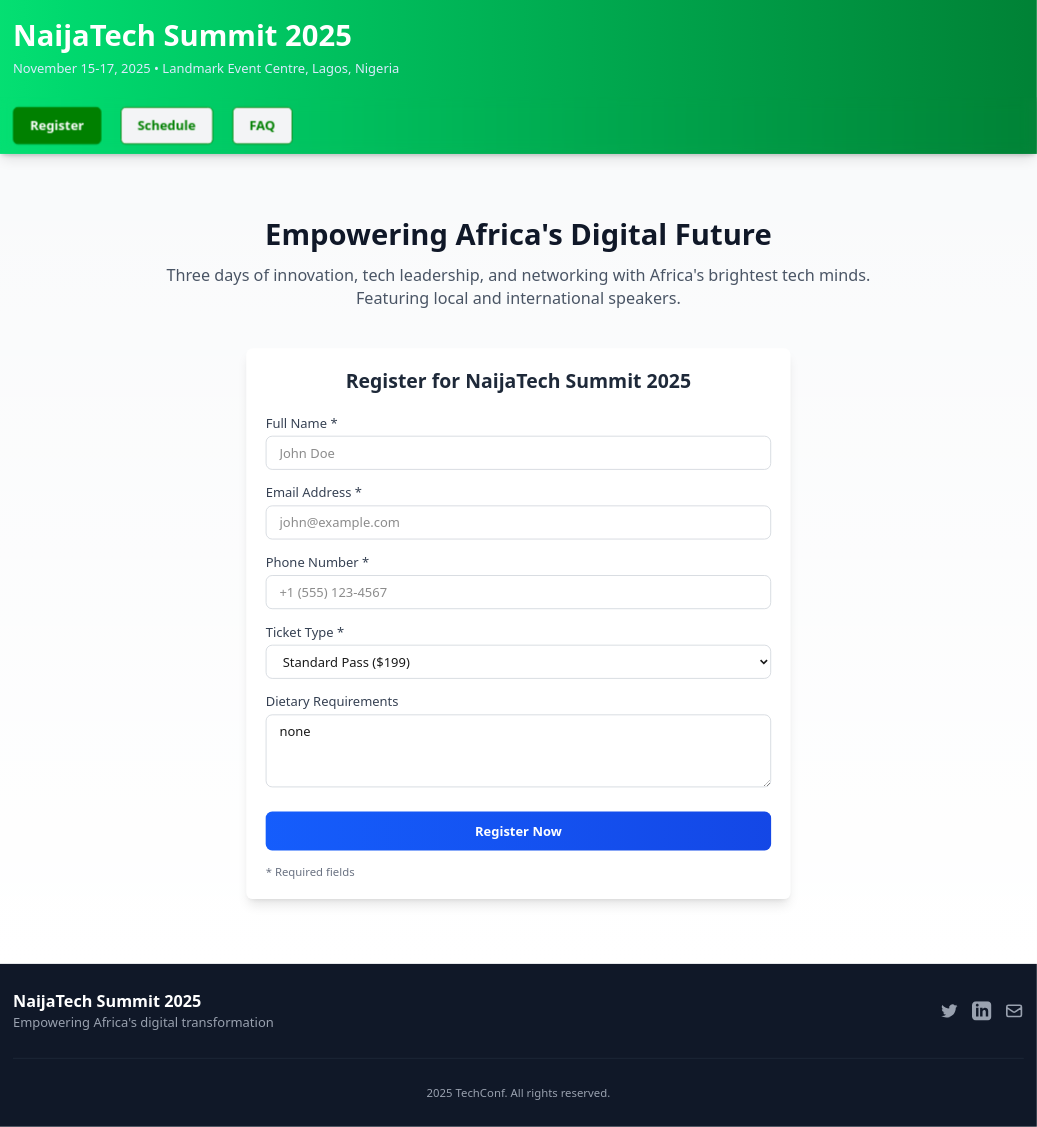
Repository: AYANO-EMMANUEL/fictional-tech-conf-event
Page: /
The author's editor kept a copy of each file at every save. The page is drawn from the files as they stood at one save, then again after the next save.
The browser window is 1280 px wide. The pictures show the whole page, at 81% of full size.
The project was rebuilt for these pictures with package versions that can differ from the ones it lists, and the page was loaded fresh each time. Also part of the build but not shown: vite.config.ts, src/components/Schedule/Schedule.tsx, src/components/FAQ/FAQ.tsx.

Above is the page before, as saved 2025-08-02 11:06:47.

### index.html
<!doctype html>
<html lang="en">
  <head>
    <meta charset="UTF-8" />
    <link rel="icon" type="image/svg+xml" href="/vite.svg" />
    <link rel="stylesheet" href="/src/index.css">
    <meta name="viewport" content="width=device-width, initial-scale=1.0" />
    <title>Vite + React + TS</title>
  </head>
  <body>
    <div id="root"></div>
    <script type="module" src="/src/main.tsx"></script>
  </body>
</html>

### src/index.css
/* @import "tailwindcss/components.css";
@import "tailwindcss/preflight.css";
@import "tailwindcss/utilities.css"; */
/* @tailwind base;
@tailwind components;
@tailwind utilities; */

@import "tailwindcss";

/* Custom styles */
.btn {
  display: inline-flex;
  align-items: center;
  justify-content: center;
  font-weight: 600;
  padding: 0.625rem 1.25rem;
  border-radius: 0.375rem;
  transition: all 0.2s ease-in-out;
  cursor: pointer;
  border: 1px solid transparent;
  box-shadow: 0 1px 2px 0 rgba(0, 0, 0, 0.05);
}

.btn:focus {
  outline: 2px solid transparent;
  outline-offset: 2px;
  box-shadow: 0 0 0 3px rgba(59, 130, 246, 0.5);
}

/* Primary Button */
.btn-primary {
  /* @apply bg-nigeria-green text-white hover:bg-green-700 focus:bg-green-700 active:bg-green-800; */
  background-color: green;
  color: white;
  border-color: green;
}

.btn-primary:focus {
  outline: 2px solid transparent;
  outline-offset: 2px;
  box-shadow: 0 0 0 3px rgba(59, 130, 246, 0.5);
}

.btn-primary:hover {
  transform: translateY(-1px);
  box-shadow: 0 4px 6px -1px rgba(0, 0, 0, 0.1), 0 2px 4px -1px rgba(0, 0, 0, 0.06);
}

.btn-primary:active {
  transform: translateY(0);
}

/* Secondary button */
.btn-secondary {
  /* @apply bg-white text-nigeria-green border-2 border-nigeria-green hover:bg-green-50 focus:bg-green-50 active:bg-green-100; */
  background-color: #f3f4f6;
  color: green;
  border: 1px solid green;
}

.btn-secondary:hover {
  background-color: #e5e7eb;
  transform: translateY(-1px);
  box-shadow: 0 4px 6px -1px rgba(0, 0, 0, 0.1), 0 2px 4px -1px rgba(0, 0, 0, 0.06);
}

.btn-secondary:active {
  transform: translateY(0);
}

.card {
  background-color: white;
  border-radius: 0.5rem;
  box-shadow: 0 4px 6px -1px rgb(0 0 0 / 0.1), 0 2px 4px -2px rgb(0 0 0 / 0.1);
  overflow: hidden;
  transition-property: all;
  transition-timing-function: cubic-bezier(0.4, 0, 0.2, 1);
  transition-duration: 200ms;
}

.card:hover {
  box-shadow: 0 10px 15px -3px rgb(0 0 0 / 0.1), 0 4px 6px -4px rgb(0 0 0 / 0.1);
}

.form-input {
  width: 100%;
  padding: 0.5rem 1rem;
  border-width: 1px;
  border-color: #d1d5db;
  border-radius: 0.5rem;
  transition-property: color, background-color, border-color, text-decoration-color, fill, stroke, opacity, box-shadow, transform, filter, backdrop-filter;
  transition-timing-function: cubic-bezier(0.4, 0, 0.2, 1);
  transition-duration: 200ms;
}

.form-input:focus {
  outline: 2px solid transparent;
  outline-offset: 2px;
  --tw-ring-offset-shadow: var(--tw-ring-inset) 0 0 0 var(--tw-ring-offset-width) var(--tw-ring-offset-color);
  --tw-ring-shadow: var(--tw-ring-inset) 0 0 0 calc(2px + var(--tw-ring-offset-width)) var(--tw-ring-color);
  box-shadow: var(--tw-ring-offset-shadow), var(--tw-ring-shadow), var(--tw-shadow, 0 0 #0000);
  --tw-ring-color: rgb(59 130 246 / 0.5);
  --tw-ring-offset-width: 0px;
  border-color: transparent;
}

.form-label {
  display: block;
  color: #374151;
  font-weight: 500;
  margin-bottom: 0.25rem;
}

/* Base styles */
:root {
  font-family: system-ui, -apple-system, BlinkMacSystemFont, 'Segoe UI', Roboto, 'Helvetica Neue', Arial, sans-serif;
  line-height: 1.5;
  font-weight: 400;
  color: #1a1a1a;
  background-color: #f9fafb;
  font-synthesis: none;
  text-rendering: optimizeLegibility;
  -webkit-font-smoothing: antialiased;
  -moz-osx-font-smoothing: grayscale;
}

/* Animations */
@keyframes fadeIn {
  from { opacity: 0; transform: translateY(10px); }
  to { opacity: 1; transform: translateY(0); }
}

.animate-fade-in {
  animation: fadeIn 0.3s ease-out forwards;
}

### src/main.tsx
import React from 'react';
import { createRoot } from 'react-dom/client';
import App from './App';
import './index.css';

const container = document.getElementById('root');
if (!container) throw new Error('Failed to find the root element');
const root = createRoot(container);

root.render(
  <React.StrictMode>
    <App />
  </React.StrictMode>
);

### src/App.tsx
import { useState } from 'react';
import { RegistrationForm } from './components/Form/RegistrationForm';
import Schedule from './components/Schedule/Schedule';
import FAQ from './components/FAQ/FAQ';

function App() {
  const [activeSection, setActiveSection] = useState<'register' | 'schedule' | 'faq'>('register');

  return (
    <div className="min-h-screen bg-gray-50">
      {/* Header */}
      <header className="bg-gradient-to-r from-green-400 to-green-700 text-white shadow-lg">
        <div className="container mx-auto px-4 py-6">
          <h1 className="text-3xl md:text-4xl font-bold mb-2">NaijaTech Summit 2025</h1>
          <p className="text-blue-100">November 15-17, 2025 • Landmark Event Centre, Lagos, Nigeria</p>
        </div>

        {/* Navigation */}
        <nav className="bg-nigeria-green/90 backdrop-blur-sm shadow-md">
          <div className="container mx-auto px-4">
            <div className="flex flex-col sm:flex-row space-y-2 sm:space-y-0 sm:space-x-6 py-3">
              <button
                onClick={() => setActiveSection('register')}
                className={`btn ${activeSection === 'register'
                  ? 'btn-primary'
                  : 'btn-secondary'}`}
              >
                Register
              </button>
              <button
                onClick={() => setActiveSection('schedule')}
                className={`btn ${activeSection === 'schedule'
                  ? 'btn-primary'
                  : 'btn-secondary'}`}
              >
                Schedule
              </button>
              <button
                onClick={() => setActiveSection('faq')}
                className={`btn ${activeSection === 'faq'
                  ? 'btn-primary'
                  : 'btn-secondary'}`}
              >
                FAQ
              </button>
            </div>
          </div>
        </nav>
      </header>

      {/* Hero Section */}
      {activeSection === 'register' && (
        <section className="py-12 md:py-20 bg-gradient-to-b from-nigeria-greenLight to-white">
          <div className="container mx-auto px-4">
            <div className="max-w-4xl mx-auto text-center mb-12">
              <h2 className="text-3xl md:text-4xl font-bold text-gray-900 mb-4">
                Empowering Africa's Digital Future
              </h2>
              <p className="text-xl text-gray-600">
                Three days of innovation, tech leadership, and networking with Africa's brightest tech minds. Featuring local and international speakers.
              </p>
            </div>
            <RegistrationForm onSuccess={() => setActiveSection('schedule')} />
          </div>
        </section>
      )}

      {/* Schedule Section */}
      {activeSection === 'schedule' && (
        <section className="py-12 md:py-16 bg-white">
          <main className="container mx-auto px-4 py-8">
            <Schedule />
          </main>
        </section>
      )}

      {/* FAQ Section */}
      {activeSection === 'faq' && (
        <section className="py-12 md:py-16 bg-gray-50">
          <div className="container mx-auto px-4">
            <FAQ />
          </div>
        </section>
      )}

      {/* Footer */}
      <footer className="bg-gray-900 text-white py-8">
        <div className="container mx-auto px-4">
          <div className="flex flex-col md:flex-row justify-between items-center">
            <div className="mb-4 md:mb-0">
              <h3 className="text-xl font-bold">NaijaTech Summit 2025</h3>
              <p className="text-gray-400">Empowering Africa's digital transformation</p>
            </div>
            <div className="flex space-x-4">
              <a href="#" className="text-gray-400 hover:text-white transition-colors">
                <span className="sr-only">Twitter</span>
                <svg className="h-6 w-6" fill="currentColor" viewBox="0 0 24 24" aria-hidden="true">
                  <path d="M8.29 20.251c7.547 0 11.675-6.253 11.675-11.675 0-.178 0-.355-.012-.53A8.348 8.348 0 0022 5.92a8.19 8.19 0 01-2.357.646 4.118 4.118 0 001.804-2.27 8.224 8.224 0 01-2.605.996 4.107 4.107 0 00-6.993 3.743 11.65 11.65 0 01-8.457-4.287 4.106 4.106 0 001.27 5.477A4.072 4.072 0 012.8 9.713v.052a4.105 4.105 0 003.292 4.022 4.095 4.095 0 01-1.853.07 4.108 4.108 0 003.834 2.85A8.233 8.233 0 012 18.407a11.616 11.616 0 006.29 1.84" />
                </svg>
              </a>
              <a href="#" className="text-gray-400 hover:text-white transition-colors">
                <span className="sr-only">LinkedIn</span>
                <svg className="h-6 w-6" fill="currentColor" viewBox="0 0 24 24" aria-hidden="true">
                  <path fillRule="evenodd" d="M19 0h-14c-2.761 0-5 2.239-5 5v14c0 2.761 2.239 5 5 5h14c2.762 0 5-2.239 5-5v-14c0-2.761-2.238-5-5-5zm-11 19h-3v-11h3v11zm-1.5-12.268c-.966 0-1.75-.79-1.75-1.764s.784-1.764 1.75-1.764 1.75.79 1.75 1.764-.783 1.764-1.75 1.764zm13.5 12.268h-3v-5.604c0-3.368-4-3.113-4 0v5.604h-3v-11h3v1.765c1.396-2.586 7-2.777 7 2.476v6.759z" clipRule="evenodd" />
                </svg>
              </a>
              <a href="mailto:info@techconf.com" className="text-gray-400 hover:text-white transition-colors">
                <span className="sr-only">Email</span>
                <svg className="h-6 w-6" fill="none" stroke="currentColor" viewBox="0 0 24 24" xmlns="http://www.w3.org/2000/svg">
                  <path strokeLinecap="round" strokeLinejoin="round" strokeWidth={2} d="M3 8l7.89 5.26a2 2 0 002.22 0L21 8M5 19h14a2 2 0 002-2V7a2 2 0 00-2-2H5a2 2 0 00-2 2v10a2 2 0 002 2z" />
                </svg>
              </a>
            </div>
          </div>
          <div className="mt-8 pt-8 border-t border-gray-800 text-center text-gray-400 text-sm">
            <p> {new Date().getFullYear()} TechConf. All rights reserved.</p>
          </div>
        </div>
      </footer>
    </div>
  );
}

export default App;

### src/components/Form/RegistrationForm.tsx
import { useState, useEffect } from 'react';

interface FormData {
  fullName: string;
  email: string;
  phone: string;
  ticketType: 'standard' | 'vip' | 'student' | 'startup';
  state: string;
  organization: string;
  howHeard: string;
  dietaryRequirements: string;
}

interface RegistrationFormProps {
  onSuccess?: () => void;
}

export const RegistrationForm = ({ onSuccess }: RegistrationFormProps) => {
  const [formData, setFormData] = useState<FormData>({
    fullName: '',
    email: '',
    phone: '',
    ticketType: 'standard',
    state: '',
    organization: '',
    howHeard: '',
    dietaryRequirements: 'none',
  });

  const [errors, setErrors] = useState<Partial<FormData>>({});
  const [isSubmitted, setIsSubmitted] = useState(false);

  // Load saved form data from localStorage on component mount
  useEffect(() => {
    const savedFormData = localStorage.getItem('conferenceFormData');
    if (savedFormData) {
      setFormData(JSON.parse(savedFormData));
    }
  }, []);

  // Save form data to localStorage whenever it changes
  useEffect(() => {
    localStorage.setItem('conferenceFormData', JSON.stringify(formData));
  }, [formData]);

  const validateForm = (): boolean => {
    const newErrors: Partial<FormData> = {};
    let isValid = true;

    if (!formData.fullName.trim()) {
      newErrors.fullName = 'Full name is required';
      isValid = false;
    }

    if (!formData.email) {
      newErrors.email = 'Email is required';
      isValid = false;
    } else if (!/^[^\s@]+@[^\s@]+\.[^\s@]+$/.test(formData.email)) {
      newErrors.email = 'Please enter a valid email address';
      isValid = false;
    }

    if (!formData.phone) {
      newErrors.phone = 'Phone number is required';
      isValid = false;
    } else if (!/^\+?[0-9\s-]{10,}$/.test(formData.phone)) {
      newErrors.phone = 'Please enter a valid phone number';
      isValid = false;
    }

    setErrors(newErrors);
    return isValid;
  };

  const handleChange = (
    e: React.ChangeEvent<HTMLInputElement | HTMLSelectElement | HTMLTextAreaElement>
  ) => {
    const { name, value } = e.target;
    setFormData({
      ...formData,
      [name]: value,
    });
  };

  const handleSubmit = (e: React.FormEvent) => {
    e.preventDefault();
    if (validateForm()) {
      // In a real app, you would send the data to your backend here
      console.log('Form submitted:', formData);
      setIsSubmitted(true);
      // Reset form
      setFormData({
        fullName: '',
        email: '',
        phone: '',
        ticketType: 'standard',
        state: '',
        organization: '',
        howHeard: '',
        dietaryRequirements: 'none',
      });
      // Clear any saved form data from localStorage
      localStorage.removeItem('conferenceFormData');

      // Call the onSuccess callback if provided
      if (onSuccess) {
        onSuccess();
      }
    }
  };

  const nigerianStates = [
    'Abia', 'Adamawa', 'Akwa Ibom', 'Anambra', 'Bauchi', 'Bayelsa', 'Benue', 'Borno',
    'Cross River', 'Delta', 'Ebonyi', 'Edo', 'Ekiti', 'Enugu', 'FCT', 'Gombe',
    'Imo', 'Jigawa', 'Kaduna', 'Kano', 'Katsina', 'Kebbi', 'Kogi', 'Kwara',
    'Lagos', 'Nasarawa', 'Niger', 'Ogun', 'Ondo', 'Osun', 'Oyo', 'Plateau',
    'Rivers', 'Sokoto', 'Taraba', 'Yobe', 'Zamfara'
  ];

  if (isSubmitted) {
    return (
      <div className="text-center py-8">
        <div className="text-green-500 text-5xl mb-4">✓</div>
        <h3 className="text-xl font-semibold text-gray-800 mb-2">E Don Cast!</h3>
        <p className="text-gray-600">Your registration is complete! We've sent a confirmation to {formData.email}.</p>
        <p className="text-gray-600 mt-2">No go miss am, we dey wait you for Landmark Event Centre!</p>
      </div>
    );
  }

  return (
    <div className="bg-white shadow-lg rounded-lg p-6 max-w-2xl mx-auto transform transition-all duration-300 hover:shadow-xl">
      <h2 className="text-2xl font-bold text-gray-800 mb-6 text-center">
        Register for NaijaTech Summit 2025
      </h2>
      <form onSubmit={handleSubmit} className="space-y-4">
        <div>
          <label htmlFor="fullName" className="block text-gray-700 font-medium mb-1">
            Full Name *
          </label>
          <input
            type="text"
            id="fullName"
            name="fullName"
            value={formData.fullName}
            onChange={handleChange}
            className={`w-full px-4 py-2 border rounded-lg focus:ring-2 focus:ring-blue-500 focus:border-transparent ${
              errors.fullName ? 'border-red-500' : 'border-gray-300'
            }`}
            placeholder="John Doe"
          />
          {errors.fullName && (
            <p className="mt-1 text-sm text-red-600">{errors.fullName}</p>
          )}
        </div>

        <div>
          <label htmlFor="email" className="block text-gray-700 font-medium mb-1">
            Email Address *
          </label>
          <input
            type="email"
            id="email"
            name="email"
            value={formData.email}
            onChange={handleChange}
            className={`w-full px-4 py-2 border rounded-lg focus:ring-2 focus:ring-blue-500 focus:border-transparent ${
              errors.email ? 'border-red-500' : 'border-gray-300'
            }`}
            placeholder="john@example.com"
          />
          {errors.email && (
            <p className="mt-1 text-sm text-red-600">{errors.email}</p>
          )}
        </div>

        <div>
          <label htmlFor="phone" className="block text-gray-700 font-medium mb-1">
            Phone Number *
          </label>
          <input
            type="tel"
            id="phone"
            name="phone"
            value={formData.phone}
            onChange={handleChange}
            className={`w-full px-4 py-2 border rounded-lg focus:ring-2 focus:ring-blue-500 focus:border-transparent ${
              errors.phone ? 'border-red-500' : 'border-gray-300'
            }`}
            placeholder="+1 (555) 123-4567"
          />
          {errors.phone && (
            <p className="mt-1 text-sm text-red-600">{errors.phone}</p>
          )}
        </div>

        <div>
          <label htmlFor="ticketType" className="block text-gray-700 font-medium mb-1">
            Ticket Type *
          </label>
          <select
            id="ticketType"
            name="ticketType"
            value={formData.ticketType}
            onChange={handleChange}
            className="w-full px-4 py-2 border border-gray-300 rounded-lg focus:ring-2 focus:ring-blue-500 focus:border-transparent"
          >
            <option value="standard">Standard Pass ($199)</option>
            <option value="vip">VIP Pass ($399)</option>
            <option value="student">Student Pass ($99)</option>
          </select>
        </div>

        <div>
          <label htmlFor="dietaryRequirements" className="block text-gray-700 font-medium mb-1">
            Dietary Requirements
          </label>
          <textarea
            id="dietaryRequirements"
            name="dietaryRequirements"
            value={formData.dietaryRequirements}
            onChange={handleChange}
            rows={3}
            className="w-full px-4 py-2 border border-gray-300 rounded-lg focus:ring-2 focus:ring-blue-500 focus:border-transparent"
            placeholder="Any dietary restrictions or allergies?"
          />
        </div>

        <div className="pt-2">
          <button
            type="submit"
            className="w-full bg-gradient-to-r from-blue-600 to-blue-700 hover:from-blue-700 hover:to-blue-800 text-white font-bold py-3 px-4 rounded-lg transition-all duration-300 transform hover:scale-[1.02] hover:shadow-lg active:scale-95"
          >
            Register Now
          </button>
        </div>

        <p className="text-sm text-gray-500 mt-4">
          * Required fields
        </p>
      </form>
    </div>
  );
};

export default RegistrationForm;

After the next save:
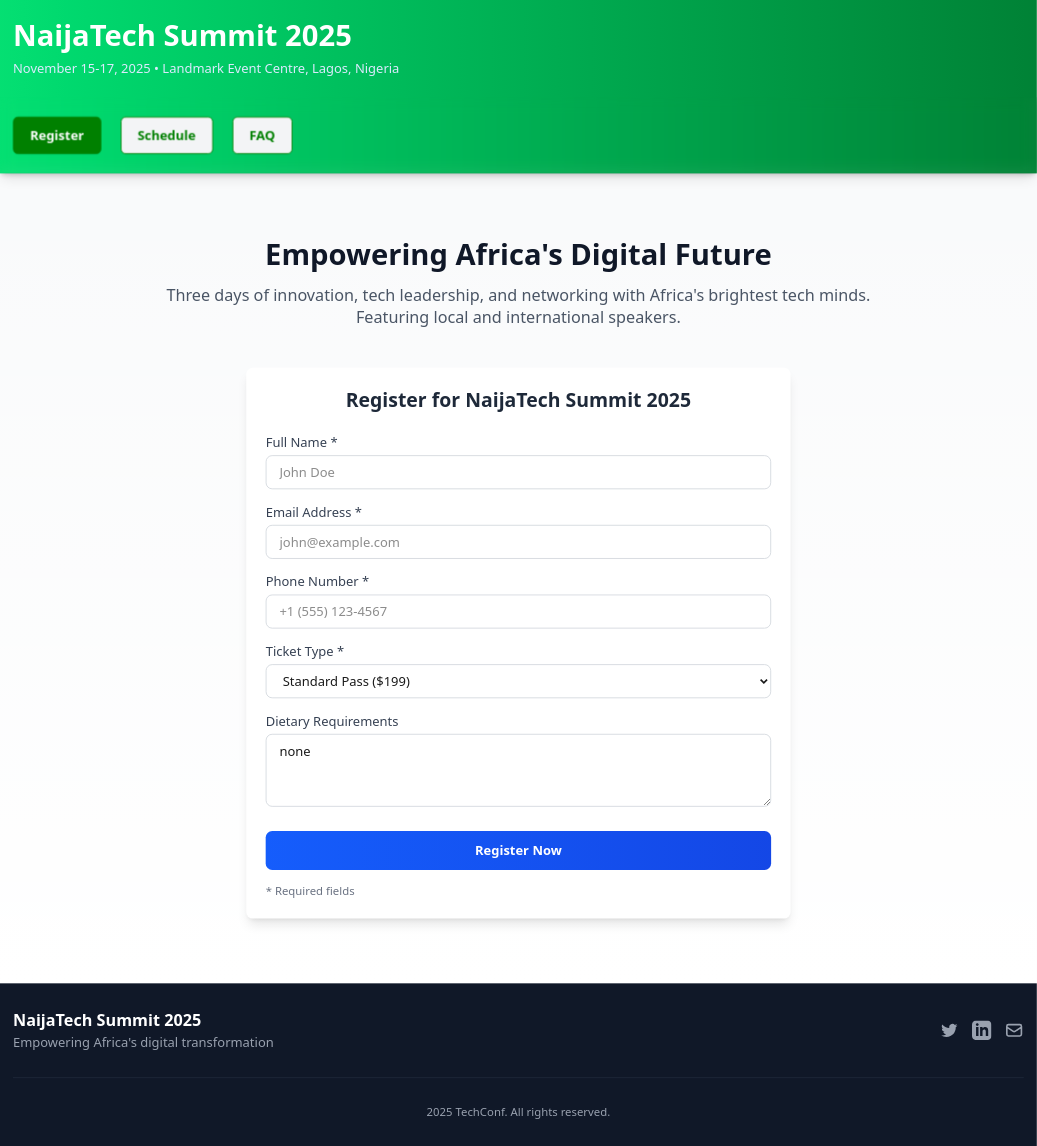
Saved 16 s later.
--- a/src/App.tsx
+++ b/src/App.tsx
@@ -18,7 +18,7 @@ function App() {
         {/* Navigation */}
         <nav className="bg-nigeria-green/90 backdrop-blur-sm shadow-md">
           <div className="container mx-auto px-4">
-            <div className="flex flex-col sm:flex-row space-y-2 sm:space-y-0 sm:space-x-6 py-3">
+            <div className="flex flex-col sm:flex-row space-y-2 sm:space-y-0 sm:space-x-6 py-6">
               <button
                 onClick={() => setActiveSection('register')}
                 className={`btn ${activeSection === 'register'
